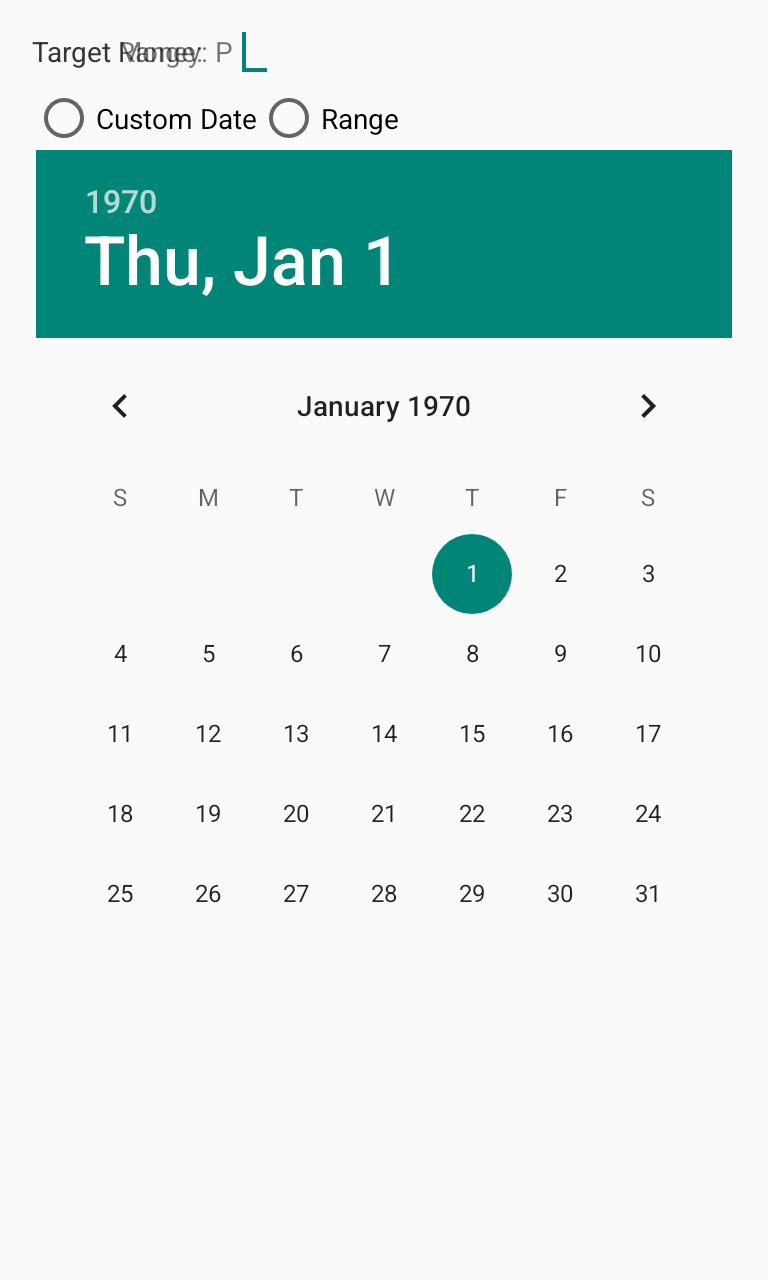
Repository: japheth-starita/SavingsApp
Layout: SavingsApp/res/layout/activity_preferences.xml
The author's editor kept a copy of each file at every save. The layout is drawn from the files as they stood at one save, then again after a run of saves.
It is drawn on a 768 x 1280 px phone screen (xhdpi) without system bars, with theme AppTheme; the app's code is not run.

Above is the layout before, as saved 2016-01-30 08:51:27.

After the next 3 saves:
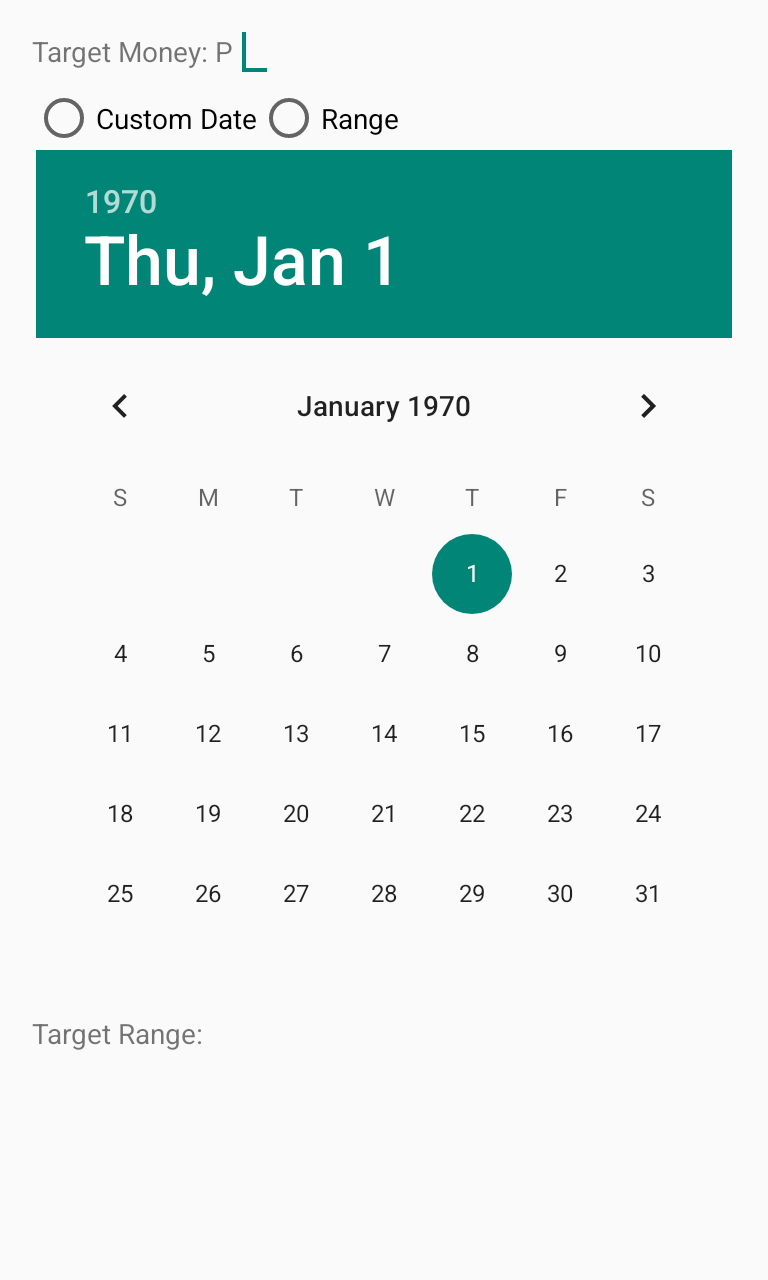
The 3 saves are shown as one change because 2 did not build or start.
The last was saved 25 s later.
--- a/SavingsApp/res/layout/activity_preferences.xml
+++ b/SavingsApp/res/layout/activity_preferences.xml
@@ -45,7 +45,7 @@
 	</RadioGroup>
 
    <DatePicker
-        android:id="@+id/targetDate"
+        android:id="@+id/dptargetDate"
         android:layout_width="wrap_content"
         android:layout_height="wrap_content"
         android:layout_below="@+id/rbgrpSetting"
@@ -55,7 +55,7 @@
         android:id="@+id/lblTargetRange"
         android:layout_width="wrap_content"
         android:layout_height="wrap_content"
-        android:layout_below="@+id/lblTargetDate"
+        android:layout_below="@+id/dptargetDate"
         android:text="Target Range:" />
 
 
